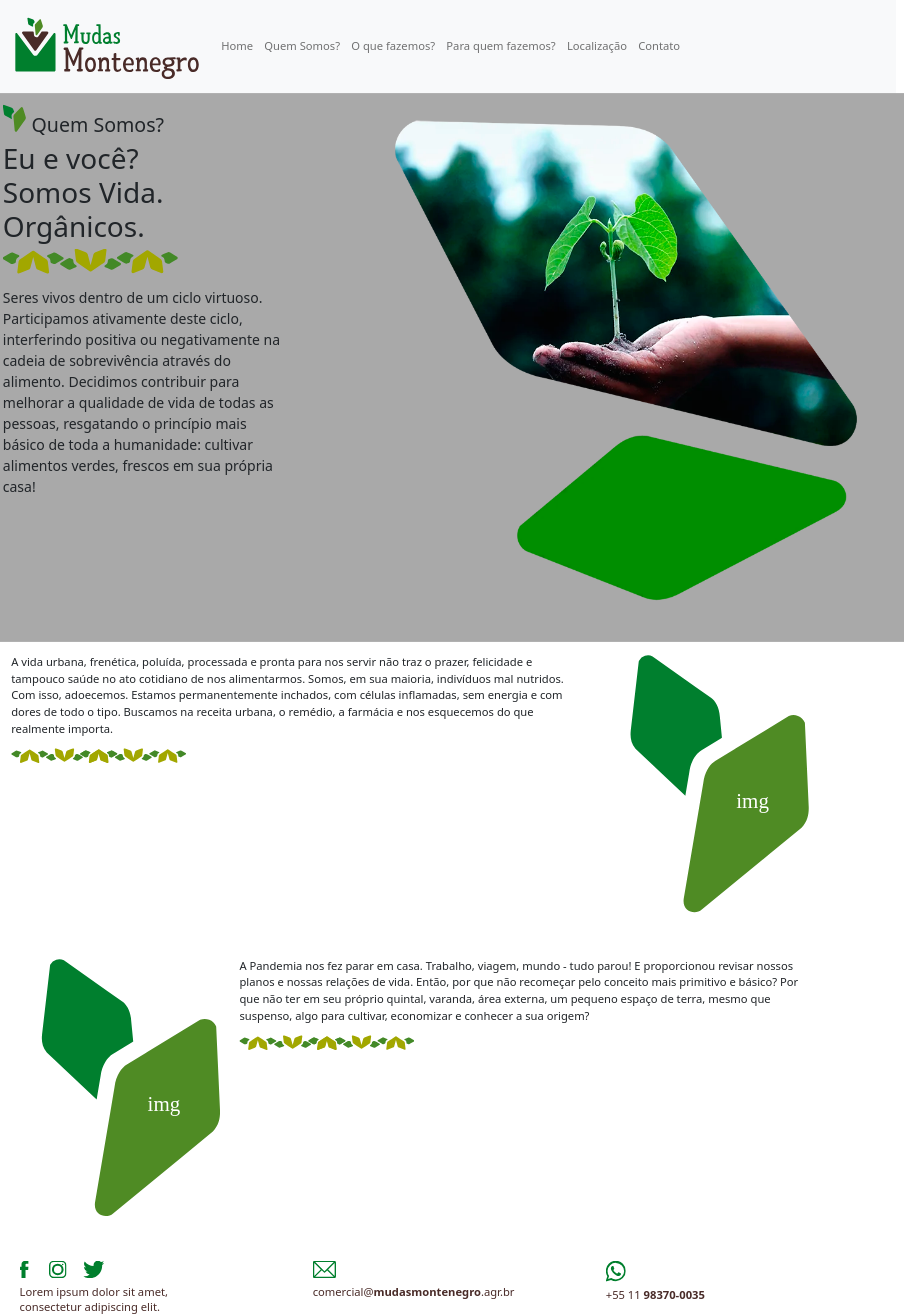
Repository: MaKnok/mudas-montenegro
Page: quem-somos.html
The author's editor kept a copy of each file at every save. The page is drawn from the files as they stood at one save, then again after the next save.
The browser window is 1280 px wide. The page is 1292 px wide, so the pictures cover 1292 px, including what lies to the right of the window. The pictures show the part of the page from y = 0 to 1880 px (the page is 2002 px tall before and 2597 px after), at 70% of full size.
Some web libraries are served in a nearby version.

Above is the page before, as saved 2021-06-17 13:13:48.

### quem-somos.html
<!DOCTYPE html>
<html lang="pt-br">

<head>
    <meta charset="utf-8">
    <meta name="viewport" content="width=device-width, initial-scale=1">
    <link rel="icon" type="image/png" href="img/icons/favicon.png"/>
    <title>Mudas Montenegro</title>
    <link href="https://cdn.jsdelivr.net/npm/bootstrap@5.0.1/dist/css/bootstrap.min.css" rel="stylesheet" integrity="sha384-+0n0xVW2eSR5OomGNYDnhzAbDsOXxcvSN1TPprVMTNDbiYZCxYbOOl7+AMvyTG2x" crossorigin="anonymous">
    <script src="https://use.fontawesome.com/releases/v5.0.8/js/all.js"></script>
    <link href="style.css" rel="stylesheet">
</head>

<body>

<!-- Navigation -->
<nav class="navbar navbar-expand-md navbar-light bg-light sticky-top">

  <div class="container-fluid">

      <a class="navbar-brand logo" href="index.html"><img src="img/logo_mudas_mont.svg" alt="Mudas Montenegro"></a>

      <button class="navbar-toggler" type="button" data-toggle="collapse" data-target="#navbarResponsive">
          <span class="navbar-toggler-icon"></span>
      </button>

      <div class="collapse navbar-collapse" id="navbarResponsive">
       <ul class="navbar-nav ml-auto">
            <li class="nav-item active">
              <a class="nav-link" href="index.html">Home</a>
          </li>
            <li class="nav-item">
              <a class="nav-link" href="quem-somos.html">Quem Somos?</a>
            </li>
            <li class="nav-item">
              <a class="nav-link" href="o-que-fazemos.html">O que fazemos?</a>
            </li>
            <li class="nav-item">
              <a class="nav-link" href="para-quem-fazemos.html">Para quem fazemos?</a>
            </li>
            <li class="nav-item">
              <a class="nav-link" href="localizacao.html">Localização</a>
            </li>
            <li class="nav-item">
              <a class="nav-link" href="contato.html">Contato</a>
            </li>
        </ul>
      </div>

  </div>

</nav>

<!--- Intro -->


<div class="row jumbotron section-top" style="background-color: darkgrey;">

          <div class="col-xs-12 col-sm-12 col-md-4 col-lg-4 col-xl-4  col-xxl-4 content-top">

            <h3 class="page-title">Quem Somos?</h3>

            <h1 class="page-slogan">
              Eu e você?<br/>
              Somos Vida.<br/>
              Orgânicos.
            </h1>

            <img src="img/leaves_sections.svg" class="leaves-home">

            <p class="lead">
              Seres vivos dentro de um ciclo virtuoso. Participamos ativamente deste ciclo, interferindo positiva ou negativamente na cadeia de sobrevivência através do alimento. Decidimos contribuir para melhorar a qualidade de vida de todas
              as pessoas, resgatando o princípio mais básico de toda a humanidade: cultivar alimentos verdes, frescos em sua própria casa!
            </p>

          </div>

          <div class="col-xs-12 col-sm-12 col-md-8 col-lg-8 col-xl-8  col-xxl-8 image-top">

                    <source srcset="img/leaves_desktop_img.webp 2x,img/leaves_desktop_img.webp"
                    media="(min-width: 992px)"/>

                    <img src="img/leaves_desktop_img.webp" class="img-fluid" alt="Muda">

          </div>
</div>




  <div class="container-fluid padding">

  <div class="row content">

    <div class="col-xs-12 col-sm-12 col-md-7 col-lg-7 col-xl-8">
      <p>
      A vida urbana, frenética, poluída, processada e pronta para nos servir não traz o prazer, felicidade e tampouco saúde no ato cotidiano de nos alimentarmos. Somos, em sua maioria, indivíduos mal nutridos.  Com isso, adoecemos. Estamos permanentemente inchados, com células inflamadas, sem energia e com dores de todo o tipo.
      Buscamos na receita urbana, o remédio, a farmácia e nos esquecemos do que realmente importa.
      </p>
      <img src="img/leaves_section_longer.svg" class="leaves-home">
    </div>

    <div class="col-xs-12 col-sm-12 col-md-4 col-lg-4 col-xl-3">
      <img src="img/img_temp.svg" class="float-left" alt="Vida urbana">
    </div>

  </div>




  <div class="container-fluid padding">

  <div class="row content pandemia">

    <div class="col-xs-12 col-sm-12 col-md-4 col-lg-4 col-xl-3 content-1">
        <img src="img/img_temp.svg" class="float-right" alt="Relações de Vida">
    </div>

    <div class="col-xs-12 col-sm-12 col-md-7 col-lg-7 col-xl-8 content-2">
        <p>
        A Pandemia nos fez parar em casa. Trabalho, viagem, mundo - tudo parou!
        E proporcionou revisar nossos planos e nossas relações de vida. Então, por que não recomeçar pelo conceito mais primitivo e básico? Por que não ter em seu próprio quintal, varanda, área externa, um pequeno espaço de terra, mesmo que suspenso, algo para cultivar, economizar e conhecer a sua origem?
        </p>
        <img src="img/leaves_section_longer.svg" class="leaves-home">
    </div>

  </div>

  </div>






<!--- Footer -->
<footer>

  <div class="container-fluid padding">

    <div class="row text-left">

      <div class="col-md-4">

        <ul class="social-icons">
            <li class="social-icon social-icon_first"><a href="#"><img src="img/icons/facebook.svg"></a></li>
            <li class="social-icon social-icon_second"><a href="#"><img src="img/icons/instagram.svg"></a></li>
            <li class="social-icon social-icon_third"><a href="#"><img src="img/icons/twitter.svg"></a></li>
        </ul>
        <p>Lorem ipsum dolor sit amet, <br/>consectetur adipiscing elit.</p>

      </div>

      <div class="col-md-4">

        <img src="img/icons/mail.svg" class="contact-icon">
        <p>comercial@<span class="phrase-bold">mudasmontenegro</span>.agr.br</p>

      </div>

      <div class="col-md-4">

        <img src="img/icons/whatsapp.svg" class="contact-icon contact-icon-zap">
        <p>+55 11 <span class="phrase-bold">98370-0035</span></p>

      </div>

    </div>

    <div class="row text-left">
        <div class="col-md-6">
          <p class="terms-conditions"><a href="#">Termos e Condições</a> | <a href="#">Política de Privacidade</a> | ©Mudas Montenegro Ltda. 2020 </p>
        </div>
    </div>

  </div>

</footer>

</div>

<script src="https://cdn.jsdelivr.net/npm/bootstrap@5.0.1/dist/js/bootstrap.bundle.min.js" integrity="sha384-gtEjrD/SeCtmISkJkNUaaKMoLD0//ElJ19smozuHV6z3Iehds+3Ulb9Bn9Plx0x4" crossorigin="anonymous"></script>

</body>
</html>

### style.css
@import url("https://fonts.googleapis.com/css2?family=Fira+Sans:ital,wght@0,200;0,300;0,400;0,500;0,600;0,700;1,200;1,300;1,400;1,500;1,600;1,700&display=swap");

/*---Media Queries --*/

html {
  -webkit-box-sizing: border-box;
  -moz-box-sizing: border-box;
  box-sizing: border-box;
}

*,
*:before,
*:after {
  -webkit-box-sizing: border-box;
  -moz-box-sizing: border-box;
  box-sizing: inherit;
}

@media (min-width: 992px) {
  .leaves-home {
    width: 250px;
    margin-bottom: 20px;
  }

  .logo {
    width: 280px;
  }

  .phrase-home {
    font-size: 35px;
    line-height: 45px;
  }

  .carousel-caption {
    width: 550px;
    z-index: 10;
    color: #fff;
    text-align: left;
    top: 40%;
    left: 10%;
    bottom: auto;
    -webkit-transform: translate(0, -50%);
    -ms-transform: translate(0, -50%);
    transform: translate(0, -50%);
  }
}

@media (max-width: 991.98px) {
  .leaves-home {
    width: 190px;
    margin-bottom: 15px;
  }

  .logo {
    width: 220px;
  }

  .phrase-home {
    font-size: 30px;
    line-height: 40px;
  }

  .carousel-caption {
    width: 400px;
    z-index: 10;
    color: #fff;
    text-align: left;
    top: 35%;
    left: 10%;
    bottom: auto;
    -webkit-transform: translate(0, -50%);
    -ms-transform: translate(0, -50%);
    transform: translate(0, -50%);
  }
}

@media (max-width: 767.98px) {
  .carousel-caption {
    width: 400px;
    z-index: 10;
    color: #fff;
    text-align: left;
    top: 35%;
    left: 10%;
    bottom: auto;
    -webkit-transform: translate(0, -50%);
    -ms-transform: translate(0, -50%);
    transform: translate(0, -50%);
  }

  .leaves-home {
    width: 190px;
    margin-bottom: 20px;
  }

  .logo {
    width: 220px;
  }

  .pandemia {
    display: flex;
  }

  .pandemia > .content-2 {
    order: -1;
  }

  .phrase-home {
    font-size: 25px;
    line-height: 35px;
  }

  .section-top {
    display: flex;
  }

  .section-top > .image-top {
    order: -1;
  }
}

@media (max-width: 575.98px) {
  .carousel-caption {
    width: 200px;
    z-index: 10;
    color: #fff;
    text-align: left;
    top: 50%;
    left: 8%;
    bottom: auto;
    -webkit-transform: translate(0, -50%);
    -ms-transform: translate(0, -50%);
    transform: translate(0, -50%);
  }

  .leaves-home {
    width: 130px;
    margin-bottom: 10px;
  }

  .logo {
    width: 180px;
  }

  .phrase-home {
    font-size: 16px;
    line-height: 24px;
  }
}

/*---Firefox Bug Fix --*/
.carousel-item {
  transition: -webkit-transform 0.5s ease;
  transition: transform 0.5s ease;
  transition: transform 0.5s ease, -webkit-transform 0.5s ease;
  -webkit-backface-visibility: visible;
  backface-visibility: visible;
  background-color: #000;
}

/*--- Fixed Background Image --*/
figure {
  position: relative;
  width: 100%;
  height: 60%;
  margin: 0 !important;
}

footer {
  background-color: #fff;
  color: #492b28;
  line-height: 22px;
}

ul,
ol,
li {
  list-style: none;
}

ul {
  padding-inline-start: 0;
  margin-bottom: 0.5rem;
}

.fixed-wrap {
  clip: rect(0, auto, auto, 0);
  position: absolute;
  top: 0;
  left: 0;
  width: 100%;
  height: 100%;
}

#fixed {
  background-image: url("img/mac.png");
  position: fixed;
  display: block;
  top: 0;
  left: 0;
  width: 100%;
  height: 100%;
  background-size: cover;
  background-position: center center;
  -webkit-transform: translateZ(0);
  transform: translateZ(0);
  will-change: transform;
}
/*--- Bootstrap Padding Fix --*/
[class*="col-"] {
  padding: 1rem;
}

.carousel-caption {
  text-align: left;
}

.contact-icon {
  margin-bottom: 0.5rem;
}

.page-title {
  font-weight: ;
}

.page-title::before {
  content: "";
  display: inline-block;
  background-image: url(img/icons/leaves.svg);
  background-size: 33px 40px;
  width: 33px;
  height: 40px;
  margin-right: 8px;
}

.phrase-home {
  font-family: "Fira Sans", sans-serif;
}

.phrase-bold {
  font-weight: 600;
}

.picture-home {
  opacity: 0.7;
}

.section-top {
  background-color: #fff;
}

.social-icons {
  text-align: left;
}

.social-icon:not(:first-child) {
  margin-left: 20px;
}

.social-icon:first-child {
  margin-right: 5px;
}

.social-icon {
  display: inline-block;
}

.social-icon > a > img,
.contact-icon {
  height: 25px;
}

.contact-icon-zap {
  height: 30px;
}

.terms-conditions a {
  color: #492b28;
}

.wrapper {
  padding: 0 2em;
}

/*
Extra small (xs) devices (portrait phones, less than 576px)
No media query since this is the default in Bootstrap

Small (sm) devices (landscape phones, 576px and up)
@media (min-width: 576px) { ... }

Medium (md) devices (tablets, 768px and up)
@media (min-width: 768px) { ... }

Large (lg) devices (desktops, 992px and up)
@media (min-width: 992px) { ... }

Extra (xl) large devices (large desktops, 1200px and up)
@media (min-width: 1200px) { ... }
*/

After the next save:
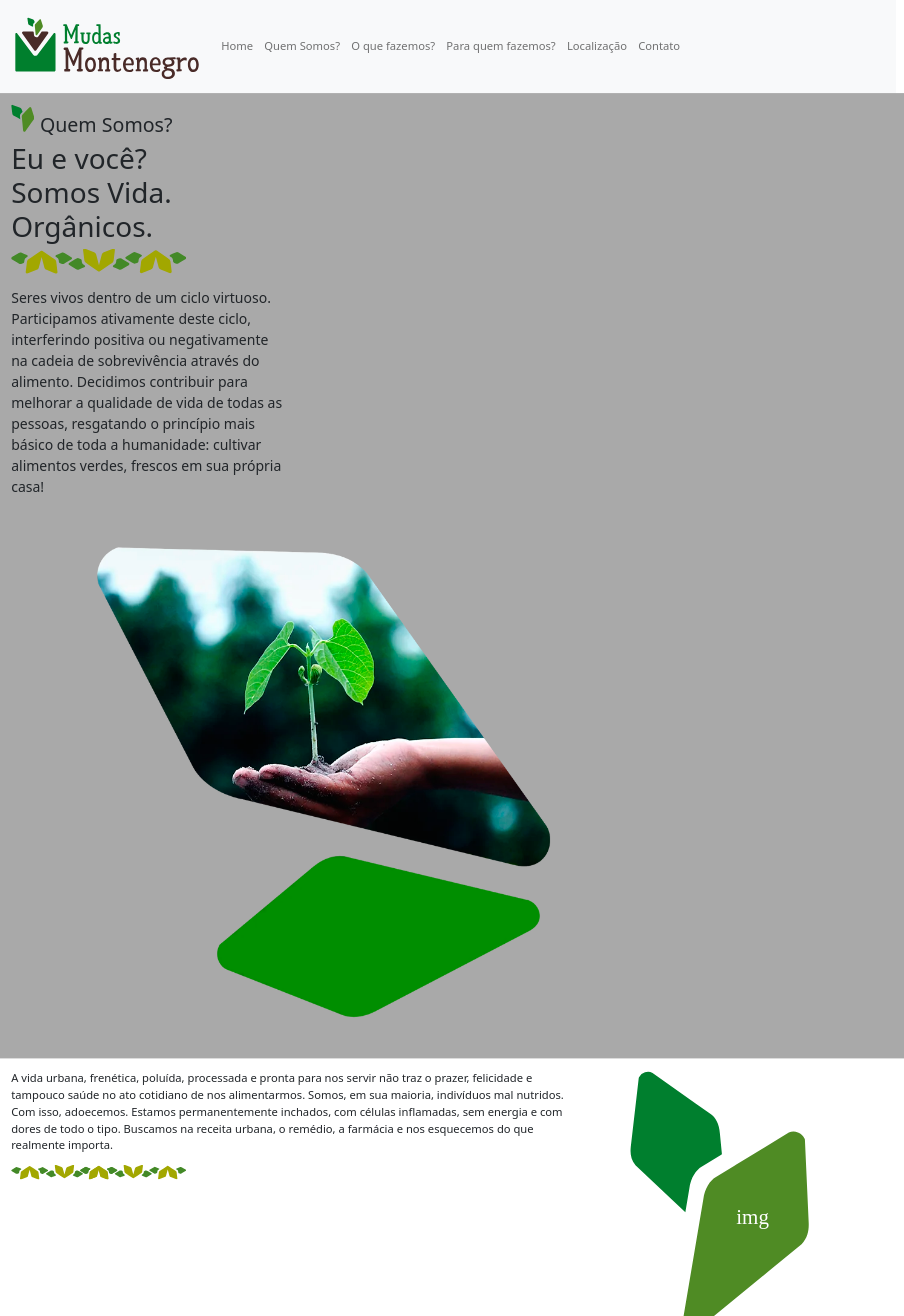
Saved 4 min 26 s later.
--- a/quem-somos.html
+++ b/quem-somos.html
@@ -56,6 +56,8 @@
 
 <div class="row jumbotron section-top" style="background-color: darkgrey;">
 
+  <div class="container-fluid">
+
           <div class="col-xs-12 col-sm-12 col-md-4 col-lg-4 col-xl-4  col-xxl-4 content-top">
 
             <h3 class="page-title">Quem Somos?</h3>
@@ -83,6 +85,9 @@
                     <img src="img/leaves_desktop_img.webp" class="img-fluid" alt="Muda">
 
           </div>
+
+  </div>
+
 </div>
 
 
